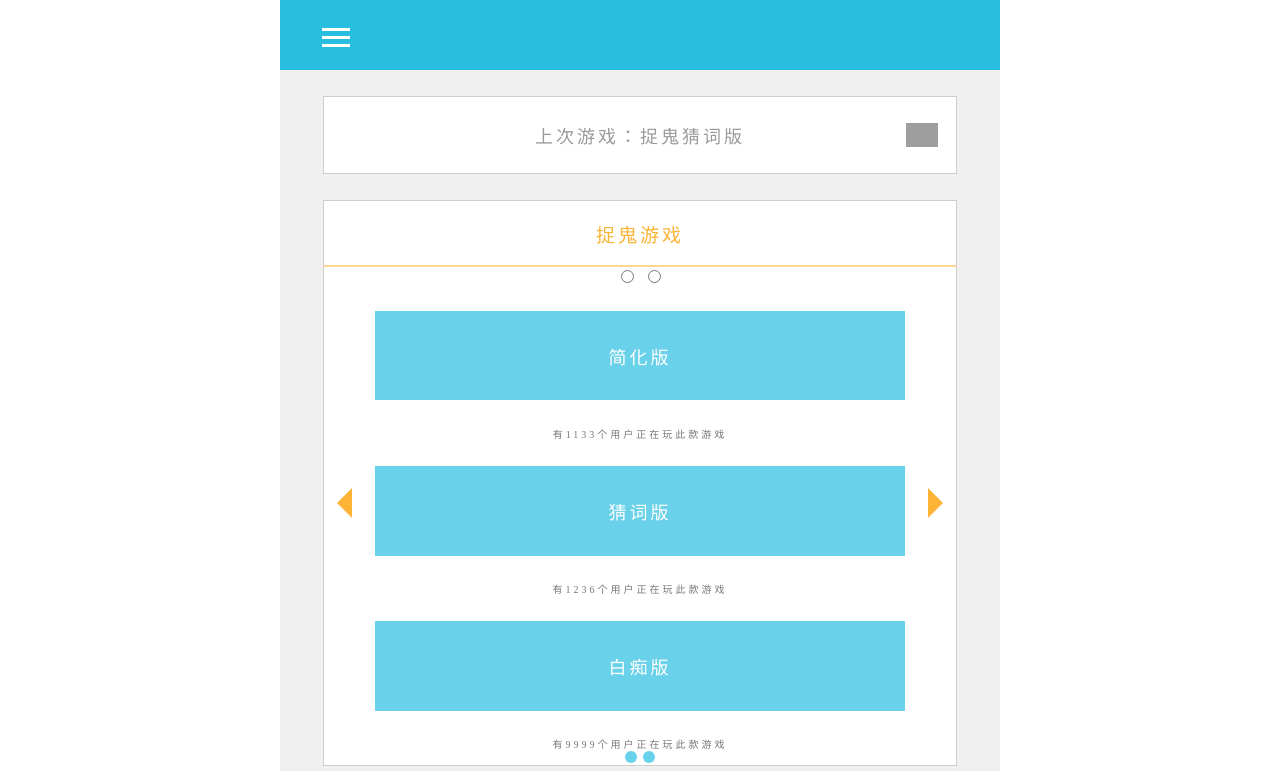
Repository: leozhangpd/My-Codes
Page: JS/two-project/home_page.html
These files come from the project's save history. The page is drawn as it stood at one moment and after the next save; the edit follows.
The browser window is 1280 px wide. The pictures show the whole page.
Pictures or frames that could not be fetched are drawn as grey boxes.

Above is the page before, as saved 2020-11-06 16:52:33.

After the next save:
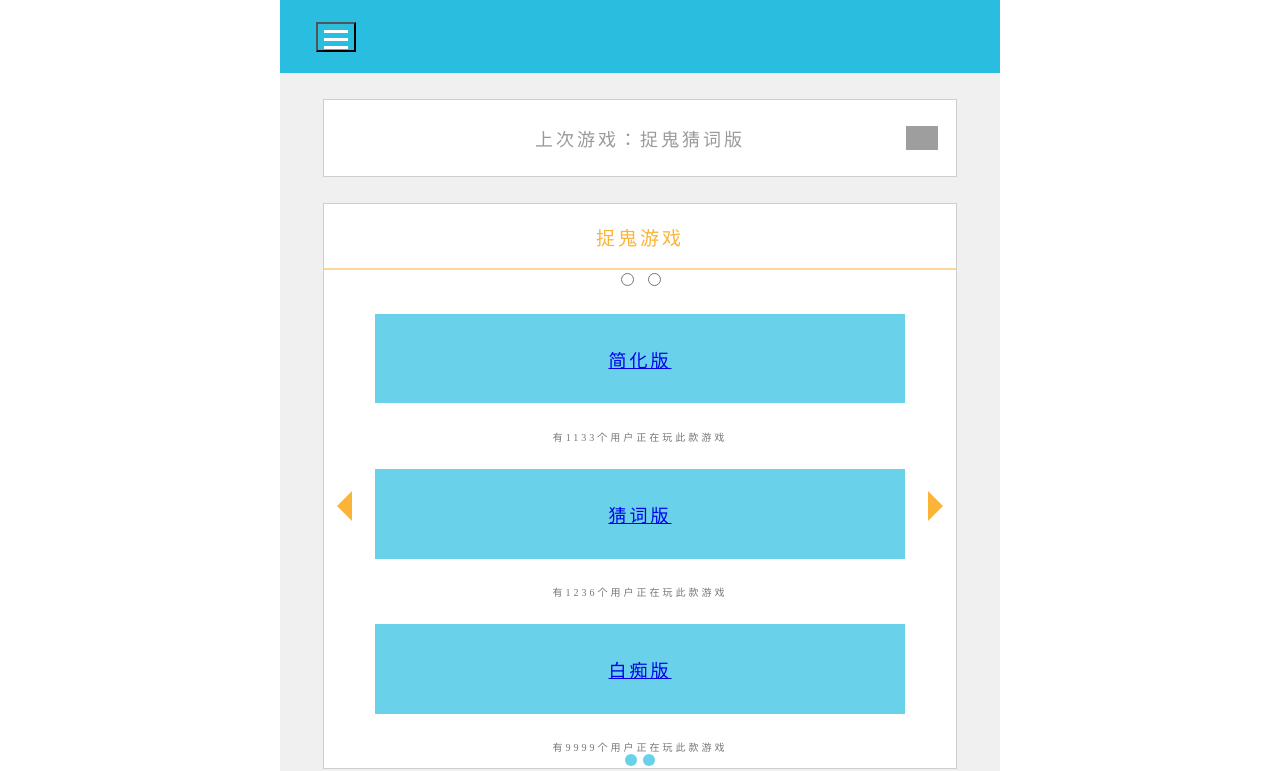
Saved 6 s later.
--- a/JS/two-project/css/home_page.css
+++ b/JS/two-project/css/home_page.css
@@ -1,5 +1,3 @@
-button{outline: none;border:none;}
-a:link,a:visited,a:hover,a:active {text-decoration:none;color: #fff;}
 html{
     font-size: 62.5%;
     background: #fff;

After the 2 saves that followed:
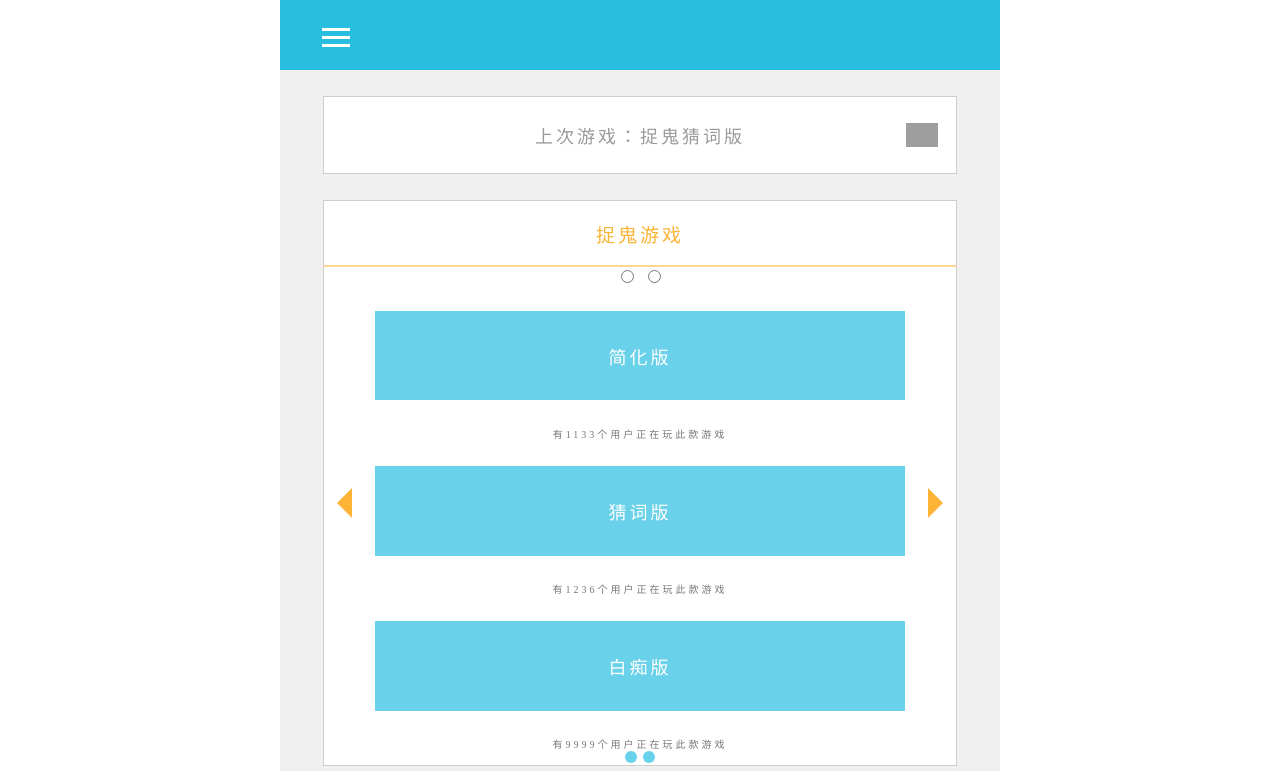
The 2 saves are shown as one change because they came seconds apart.
The last was saved 4 s later.
--- a/JS/two-project/home_page.html
+++ b/JS/two-project/home_page.html
@@ -10,7 +10,8 @@
         list-style-type: none;
         margin: 0;padding: 0;
     }
-
+    button{outline: none;border:none;}
+a:link,a:visited,a:hover,a:active {text-decoration:none;color: #fff;}
     </style>
 </head>
 <body>
